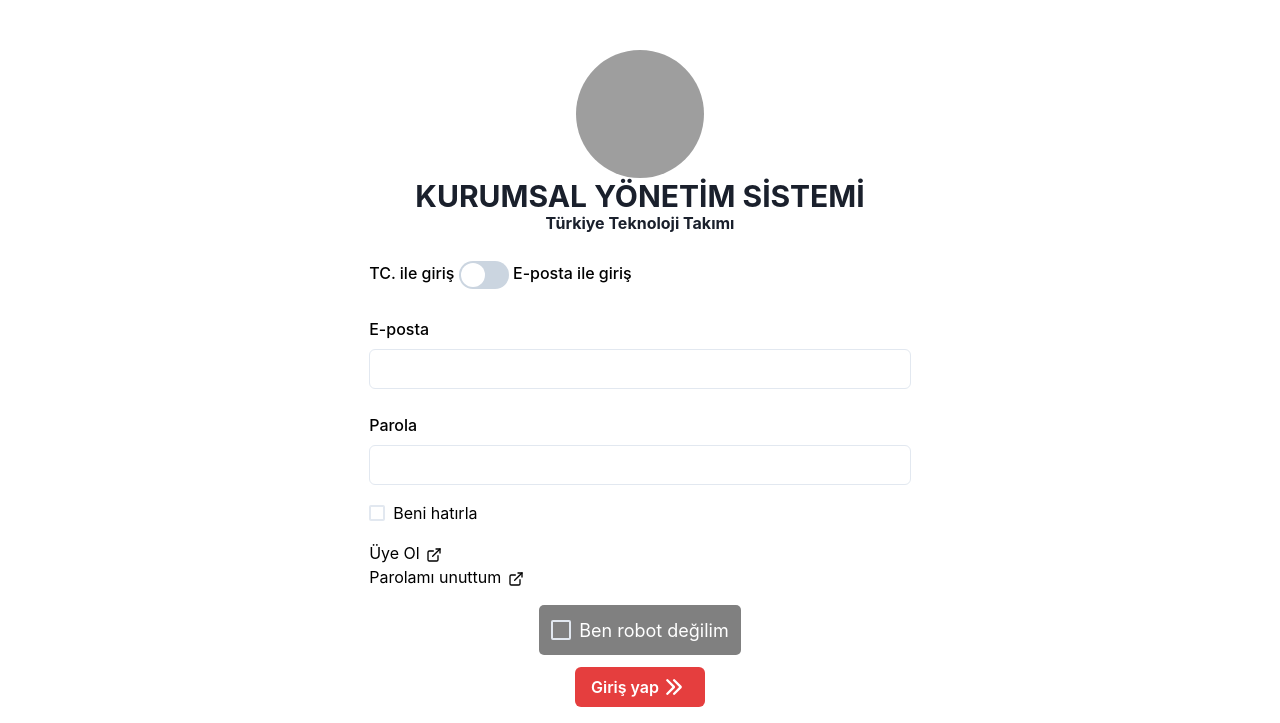
Repository: adnanyagmur/React-ChakraUI-LoginPage-Example
Page: /
An editor plug-in stored every save of this project. The page is shown before and after the next save, followed by the edit.
The browser window is 1280 px wide. The pictures show the whole page.
Pictures or frames that could not be fetched are drawn as grey boxes. The project was rebuilt for these pictures with package versions that can differ from the ones it lists, and the page was loaded fresh each time. Also part of the build but not shown: src/pages/RegisterPage.js.

Above is the page before, as saved 2022-07-01 09:31:41.

### src/index.js
import React from 'react';
import ReactDOM from 'react-dom/client';
import { ChakraProvider } from '@chakra-ui/react';
import App from './App';
import { BrowserRouter } from 'react-router-dom';


const root = ReactDOM.createRoot(document.getElementById('root'));
root.render(
  <React.StrictMode>
    <ChakraProvider>
      <BrowserRouter>
        <App />
      </BrowserRouter>
    </ChakraProvider>
  </React.StrictMode>
);

### src/App.js
import { Route, Routes } from "react-router-dom";
import LoginPage from "./pages/LoginPage";
import RegisterPage from "./pages/RegisterPage"

function App() {
  return (
    <div>

    <Routes>
      <Route path="/" element={<LoginPage></LoginPage>}></Route>
      <Route path="/register" element={<RegisterPage></RegisterPage>}></Route>

    </Routes>

    </div>

  );
}

export default App;

### src/pages/LoginPage.js
import { Container, Checkbox, Link, Grid,
     Button, GridItem, Center, Heading, Box,
    Image,Switch, SimpleGrid, FormControl,
    FormLabel, Input, Wrap, WrapItem, Avatar} from "@chakra-ui/react";
import { ExternalLinkIcon, ArrowRightIcon } from '@chakra-ui/icons'
import KysLogo from "../assets/KysLogo.png"


const LoginPage = () => {

    return (
        <Container>
            <Grid>
                <GridItem h='50'></GridItem>
            </Grid>
            <Container bg="" borderRadius={30}>
                <SimpleGrid columns={1}>
                    <Center>
                        <SimpleGrid>
                            <Box >
                               <Center>
                                    <Avatar size='2xl' name='Segun Adebayo' src='https://bit.ly/sage-adebayo'></Avatar>
                                    </Center>

                            </Box>

                            <Box >
                                <Center>
                                    <Heading as='h2' size='lg'>
                                        KURUMSAL YÖNETİM SİSTEMİ
                                    </Heading>
                                </Center>
                            </Box>
                            <Box >
                                <Center>
                                    <Heading as='h2' size='sm'>
                                        Türkiye Teknoloji Takımı
                                    </Heading>
                                </Center>
                            </Box>
                            <Grid>
                                <GridItem w='100%' h='7'></GridItem>

                            </Grid>
                        </SimpleGrid>
                    </Center>
                    <Box>
                    <FormControl isRequipurple>
                            <FormLabel color="black" htmlFor='email'>TC. ile giriş <Switch colorScheme='red' size='lg' /> E-posta ile giriş </FormLabel>
                        </FormControl>
                        <Grid>
                            <GridItem w='100%' h='5'></GridItem>
                        </Grid>
                        <FormControl isRequipurple>
                            <FormLabel color="black" htmlFor='email'>E-posta</FormLabel>
                            <Input id='email' type='email' />

                        </FormControl>
                        <Grid>
                            <GridItem w='100%' h='6'></GridItem>
                        </Grid>
                        <FormControl isRequipurple>
                            <FormLabel htmlFor='email' color="black">Parola</FormLabel>
                            <Input id='email' type='password' />

                        </FormControl>
                        <Grid>
                            <GridItem w='100%' h='4'></GridItem>
                        </Grid>
                        <Grid>
                            <GridItem>
                                <Checkbox color="black">Beni hatırla</Checkbox>
                            </GridItem>
                        </Grid>
                        <Grid>
                            <GridItem w='100%' h='4'></GridItem>
                        </Grid>
                        <Grid>
                            <Link href='/register' color="black">
                                Üye Ol <ExternalLinkIcon mx='2px' />
                            </Link>
                        </Grid>
                        <Grid>
                            <Link color='black' href='#'>
                                Parolamı unuttum <ExternalLinkIcon mx='2px' />
                            </Link>
                        </Grid>
                        <Grid>
                    <GridItem w='100%' h='4'></GridItem>
                </Grid>
                        <Grid>
                            <Center>
                                <GridItem>
                                    <Center bg='grey' h='50px' color='black' borderRadius={5}>
                                        <Checkbox size='lg' color="white" margin="3">
                                           Ben robot değilim
                                        </Checkbox>
                                    </Center>
                                </GridItem>
                            </Center>
                        </Grid>
                        <Grid>
                            <GridItem w='100%' h='3'></GridItem>
                        </Grid>
                        <Grid>
                            <Center>
                                <GridItem>
                                    <Button bg="red.500" color="white" size='md' >Giriş yap  <ArrowRightIcon mx='7px' ></ArrowRightIcon></Button>
                                </GridItem>
                            </Center>
                        </Grid>

                    </Box>

                </SimpleGrid>
                <Grid>
                    <GridItem w='100%' h='4'></GridItem>
                </Grid>
            </Container>

        </Container>
    )
}

export default LoginPage;

Loaded but not shown: public/index.html (common file)

After the next save:
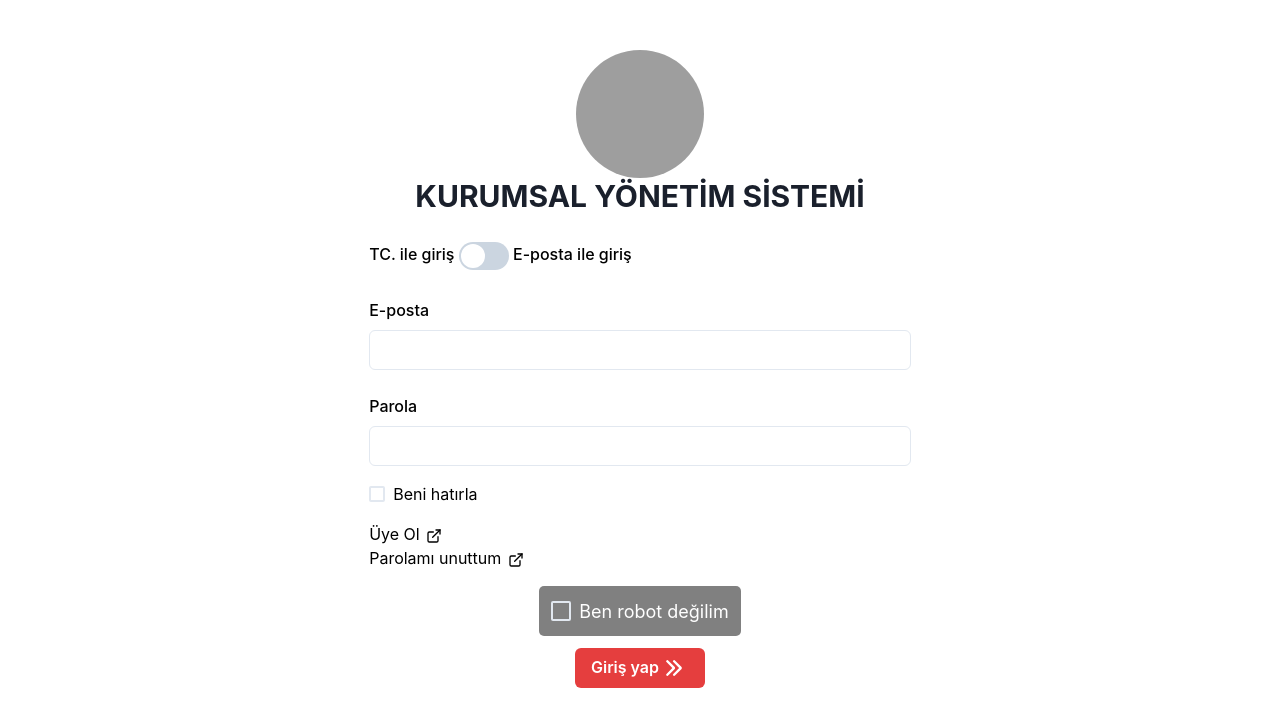
Saved 20 s later.
--- a/src/pages/LoginPage.js
+++ b/src/pages/LoginPage.js
@@ -34,7 +34,7 @@ const LoginPage = () => {
                             <Box >
                                 <Center>
                                     <Heading as='h2' size='sm'>
-                                        Türkiye Teknoloji Takımı
+
                                     </Heading>
                                 </Center>
                             </Box>
